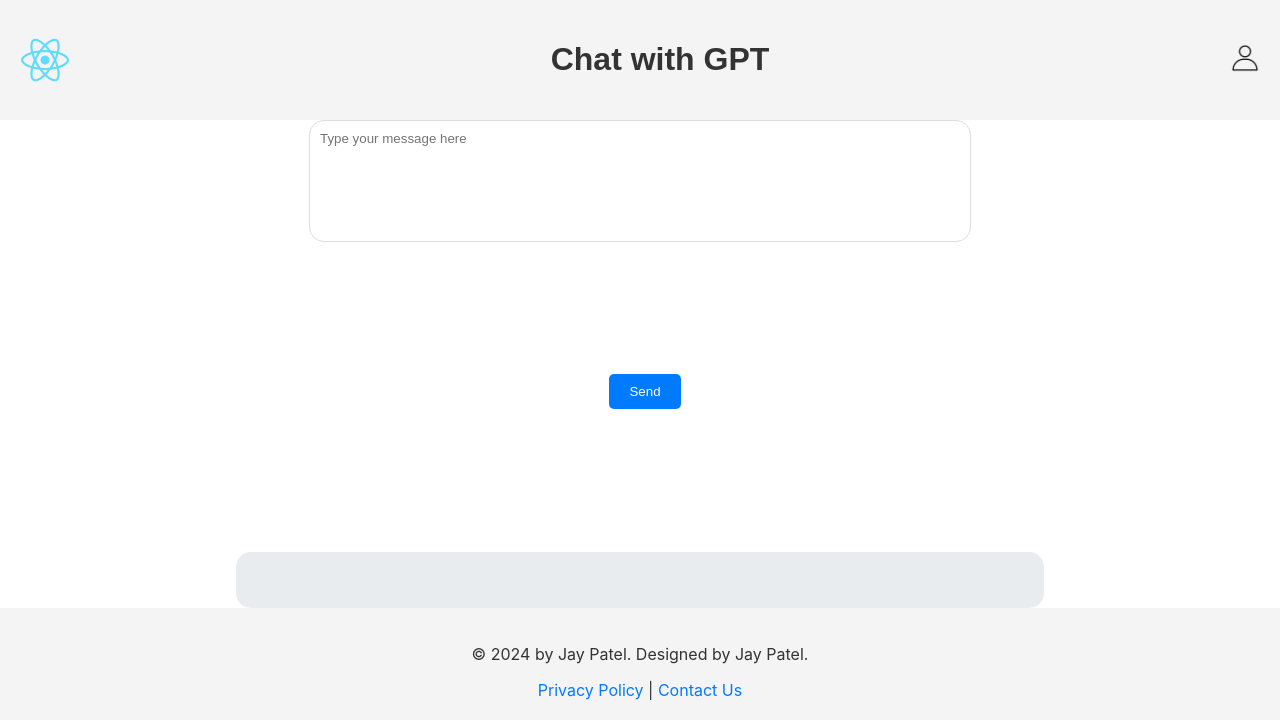
Repository: jforjay1/Custom-GPT
Page: / (app in ethem-alpaydin-gpt/)
The author's editor kept a copy of each file at every save. The page is drawn from the files as they stood at one save, then again after the next save.
The browser window is 1280 px wide. The pictures show the whole page.
The project was rebuilt for these pictures with package versions that can differ from the ones it lists, and the page was loaded fresh each time.

Above is the page before, as saved 2024-01-10 11:48:29.

### ethem-alpaydin-gpt/src/App.js
import React, { useState } from 'react';
import axios from 'axios';
import './App.css';
import logo from './logo192.png'; // Path to your logo image
import userIcon from './profile.png';

function App() {
  const [showProfile, setShowProfile] = useState(false);
  const [message, setMessage] = useState('');
  const [response, setResponse] = useState('');

  const sendMessage = async () => {
    try {
      console.log('Sending message:', message);
      const result = await axios.post('http://localhost:5001/sendMessage', { message: message }).catch((error) => {
        console.log(error);
      });

      setResponse(result.data.messages);
      console.log('Message received!', message);
    } catch (error) {
      console.error('Error sending message:', error);
    }
  };

  return (
    <div className="App">
      <header className="App-header">
        <img src={logo} alt="Company Logo" className="company-logo" />
        <h1>Chat with GPT</h1>
        <div className="user-section">
          <img
            src={userIcon}
            alt="User Icon"
            className="user-icon"
            onClick={() => setShowProfile(!showProfile)}
          />
          {showProfile && (
            <div className="profile-dropdown">
              <p>User Profile Info</p>
              {/* Add more user info here */}
            </div>
          )}
        </div>
      </header>
      <div className="chat-container">
          <textarea
            className="message-input"
            value={message}
            onChange={(e) => setMessage(e.target.value)}
            placeholder="Type your message here"
          />
          <button className="send-button" onClick={sendMessage}>Send</button>
          <div className="response-area">
            <p>{response}</p>
          </div>
        </div>
      <footer className="App-footer">
        <p>© 2024 by Jay Patel. Designed by Jay Patel.</p>
        <a href="/privacy-policy">Privacy Policy</a> | <a href="/contact-us">Contact Us</a>
      </footer>
    </div>
  );
}

export default App;

### ethem-alpaydin-gpt/src/App.css
.App {
  text-align: center;
  display: flex;
  flex-direction: column;
  height: 100vh; /* Full height of the viewport */
}

.App-header {
  background-color: #f4f4f4;
  color: #333;
  padding: 20px;
  font-family: 'Arial', sans-serif;
  display: flex; /* Align items horizontally */
  align-items: center; /* Center items vertically in the header */
  justify-content: space-between; /* Space out logo, title, and user section */
}

.chat-container {
  display: flex;
  flex-direction: column;
  align-items: center;
  justify-content: space-between;
  flex-grow: 1;
}

.input-area {
  display: flex; /* Aligns elements horizontally */
  align-items: center; /* Aligns items vertically */
  margin: 10px;
}

.message-input {
  width: 50%; /* Adjust width as necessary */
  height: 100px;
  padding: 10px;
  border-radius: 15px;
  border: 1px solid #ddd;
  font-family: 'Arial', sans-serif; /* Consistent font */
  resize: none; /* Optional: Prevents resizing of textarea */
}

.send-button {
  background-color: #007bff;
  color: white;
  border: none;
  padding: 10px 20px;
  border-radius: 5px;
  cursor: pointer;
  transition: background-color 0.3s;
  font-family: 'Arial', sans-serif; /* Consistent font */
  margin-left: 10px; /* Space between text box and button */
}

.send-button:hover {
  background-color: #0056b3;
}

.response-area {
  width: 60%;
  background-color: #e9ecef;
  border-radius: 15px;
  padding: 20px;
  margin-top: 10px;
  font-family: 'Arial', sans-serif; /* Consistent font */
}

.company-logo {
  height: 50px; /* Adjust as needed */
  margin-right: 20px;
}

.user-section {
  position: relative;
  display: inline-block;
}

.user-icon {
  width: 30px;
  height: 30px;
  cursor: pointer;
}

.profile-dropdown {
  position: absolute;
  right: 0;
  background-color: #f9f9f9;
  min-width: 160px;
  box-shadow: 0px 8px 16px 0px rgba(0,0,0,0.2);
  padding: 12px 16px;
  z-index: 1;
}

.App-footer {
  background-color: #f4f4f4;
  color: #333;
  padding: 20px;
  text-align: center;
  margin-top: auto;
}

.App-footer a {
  color: #007bff;
  text-decoration: none;
}

.App-footer a:hover {
  text-decoration: underline;
}

Loaded but not shown: ethem-alpaydin-gpt/public/index.html (common file); ethem-alpaydin-gpt/src/index.js (common file); ethem-alpaydin-gpt/src/index.css (common file); ethem-alpaydin-gpt/src/reportWebVitals.js (common file)

After the next save:
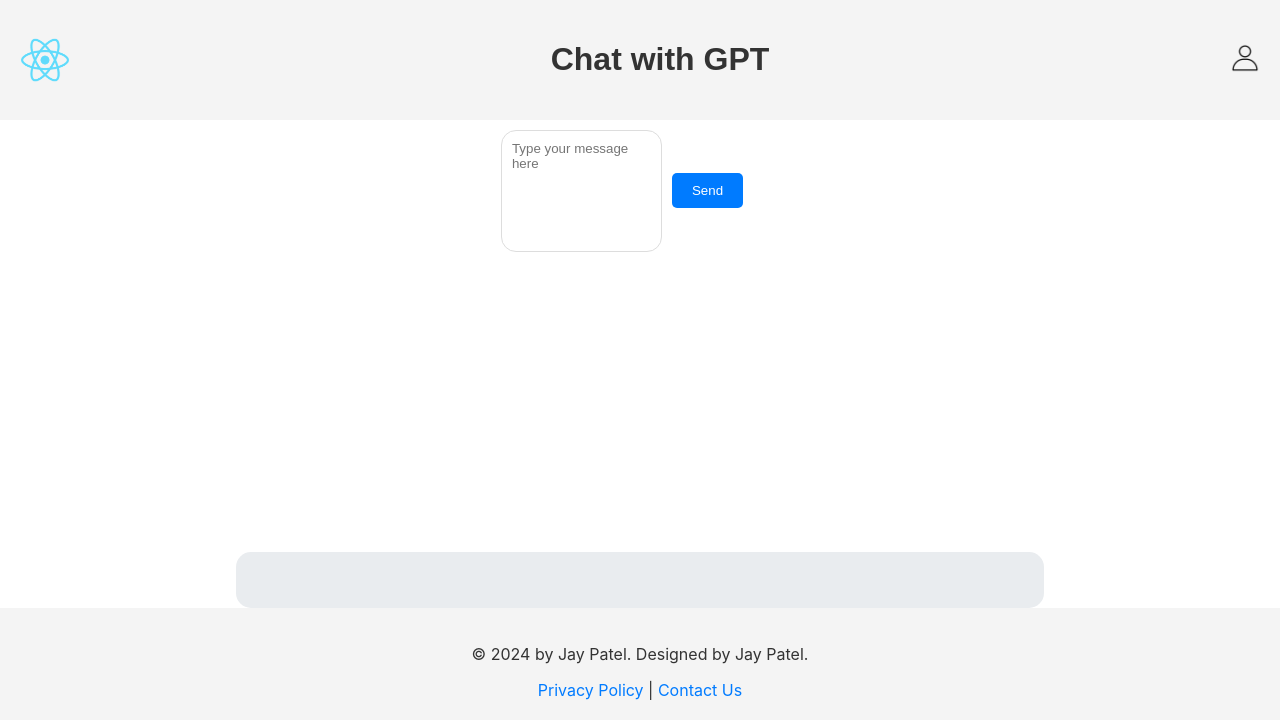
Saved 106 s later.
--- a/ethem-alpaydin-gpt/src/App.js
+++ b/ethem-alpaydin-gpt/src/App.js
@@ -44,17 +44,19 @@
         </div>
       </header>
       <div className="chat-container">
-          <textarea
-            className="message-input"
-            value={message}
-            onChange={(e) => setMessage(e.target.value)}
-            placeholder="Type your message here"
-          />
-          <button className="send-button" onClick={sendMessage}>Send</button>
-          <div className="response-area">
+        <div className="input-area">
+            <textarea
+                className="message-input"
+                value={message}
+                onChange={(e) => setMessage(e.target.value)}
+                placeholder="Type your message here"
+            />
+            <button className="send-button" onClick={sendMessage}>Send</button>
+        </div>
+        <div className="response-area">
             <p>{response}</p>
-          </div>
         </div>
+      </div>
       <footer className="App-footer">
         <p>© 2024 by Jay Patel. Designed by Jay Patel.</p>
         <a href="/privacy-policy">Privacy Policy</a> | <a href="/contact-us">Contact Us</a>
